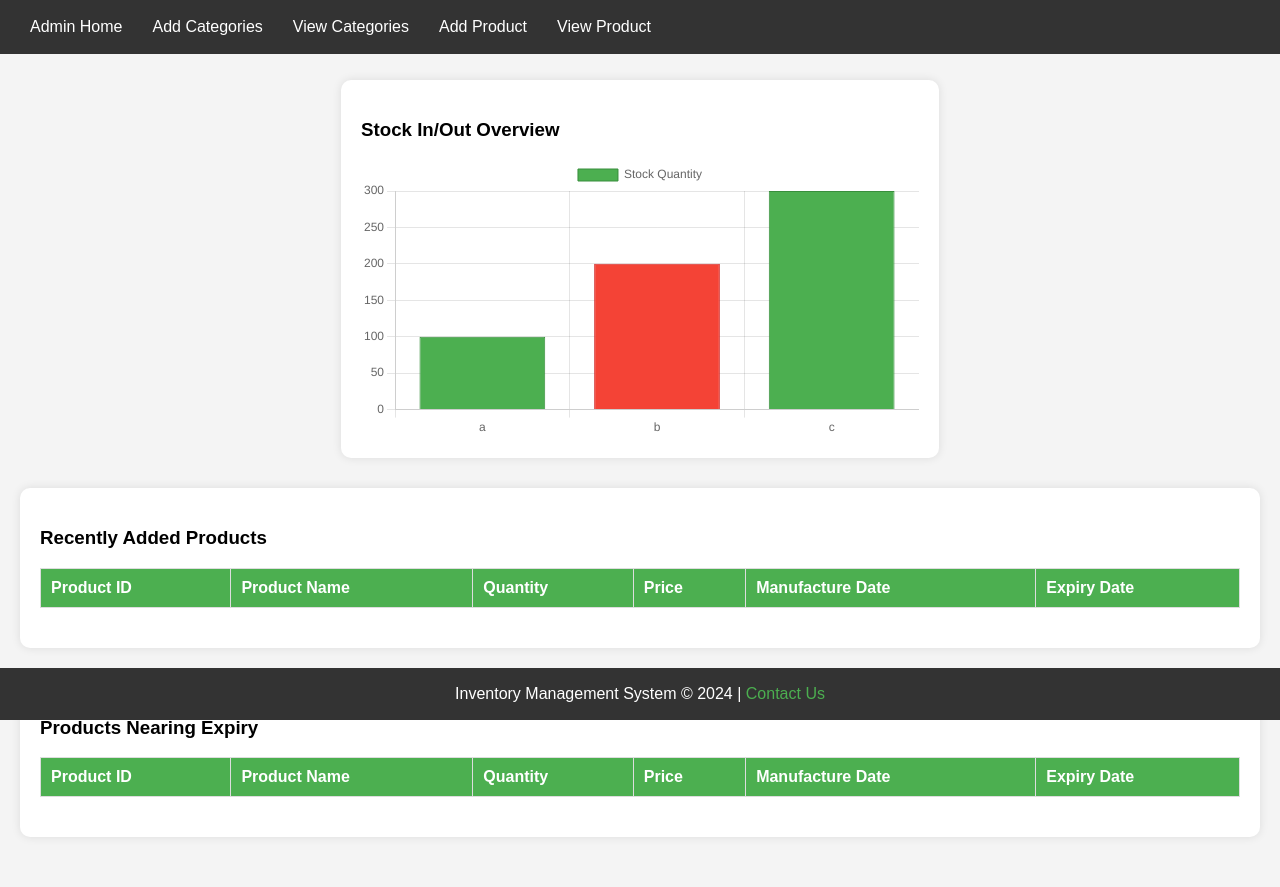
Repository: SimOneGraCias11/Montran_Training
Page: http://localhost/Project/adminHome.jsp
These files come from the project's save history. The page is drawn as it stood at one moment and after the next save; the edit follows.
The browser window is 1280 px wide. The pictures show the whole page.
The page is served by Tomcat 9.

Above is the page before, as saved 2024-08-10 23:29:28.

After the next save:
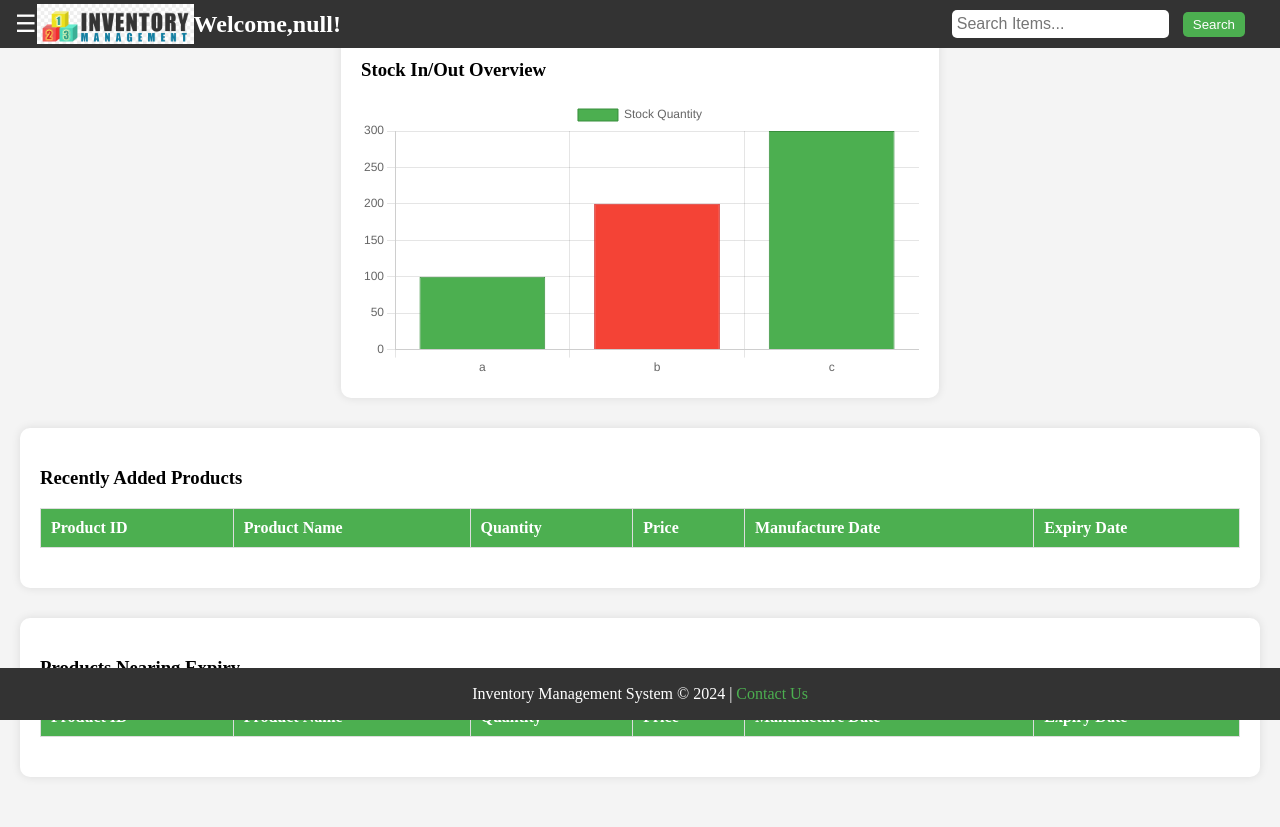
Saved 43 s later.
--- a/Project/src/main/webapp/header.jsp
+++ b/Project/src/main/webapp/header.jsp
@@ -7,53 +7,133 @@
 body,html{
 margin:0;
 padding:0;
+font-family:Times New Roman,serif;
 height:100%;
 display:flex;
 flex-direction:column;
 }
 .navbar{
-background-color:#333;
-overflow:hidden;
-padding:10px 15px;
+background-color:#333333;
+padding:4px 15px;
 position:fixed;
 top:0;
 width:100%;
+display:flex;
+justify-content:space-between;
+align-items:center;
 z-index:1000;
 box-sizing:border-box;
 }
 
-.navbar a{
-float:left;
-color:white;
-text-align:center;
-padding:8px 15px;
-text-decoration:none;
-font-size:16px;
+.navbar img{
+height:40px;
 
 }
-.navbar a:hover{
-background-color:#ddd;
-color:black;
+
+.navbar h2{
+color:white;
+margin:0;
+}
+.navbar .menu-icon{
+font-size:24px;
+color:white;
+cursor:pointer;
+}
+.navbar .search-bar{
+display:flex;
+align-items:center;
+margin-left:auto;
+margin-right:20px;
+}
+.navbar input[type="text"]{
+padding:5px;
+            border: none;
+            border-radius: 5px;
+            font-size:16px;
+            margin-right:10px;
 }
 
-.navbar a.active{
-background-color:#4CAF50;
+.navbar input[type="submit"]{
+
+            padding: 5px 10px;
+            border: none;
+            border-radius: 5px;
+            background-color:#4CAF50;
+            color:white;
+            cursor:pointer;
+}
+
+
+.sidebar{
+height:100%;
+width:0;
+position:fixed;
+z-index:1000;
+top:0;
+left:0;
+background-color:#111;
+overflow-x:hidden;
+transition:0.5s;
+padding-top:60px;
+box-sizing:border-box;
+}
+.sidebar a{
+display:block;
 color:white;
+padding:10px 15px;
+text-decoration:none;
+font-size:18px;
+transition:0.3s;
 }
-.content{
-padding-top:60px;
+.sidebar a:hover{
+background-color:#575757;
 }
+
+.sidebar .close-btn{
+position:absoulte;
+top:10px;
+right:25px;
+font-size:36px;
+}
+
 </style>
 </head>
 <body>
 <div class="navbar">
+
+<span class="menu-icon" onclick="openSidebar()">&#9776;</span>
+<img alt="Inventory logo" src=" logo.png">
+<h2> Welcome,<%=session.getAttribute("username") %>!</h2>
+
+<div class="search-bar">
+        <form action=searchItems.jsp method="get">
+            <input type="text"  name="query" placeholder="Search Items..." required>
+<input type="submit" value="Search">
+</form>
+</div>
+</div>
+
+
+<div id="mySidebar" class="sidebar">
+<a href="javascript:void(0)" class="close-btn" onclick="closeSidebar()">&times;</a>
 <a href="adminHome.jsp" >Admin Home</a>
 <a href="addCategories">Add Categories</a>
 <a href="viewCategories" >View Categories</a>
 <a href="addProduct">Add Product</a>
 <a href="viewProduct">View Product</a>
+<a href="logout.jsp">Logout</a>
 
 </div>
-<div class="content"></div>
+<script>
+function openSidebar(){
+	document.getElementById("mySidebar").style.width="250px";
+
+}
+
+function closeSidebar(){
+	document.getElementById("mySidebar").style.width="0";
+
+}
+</script>
 </body>
 </html>
